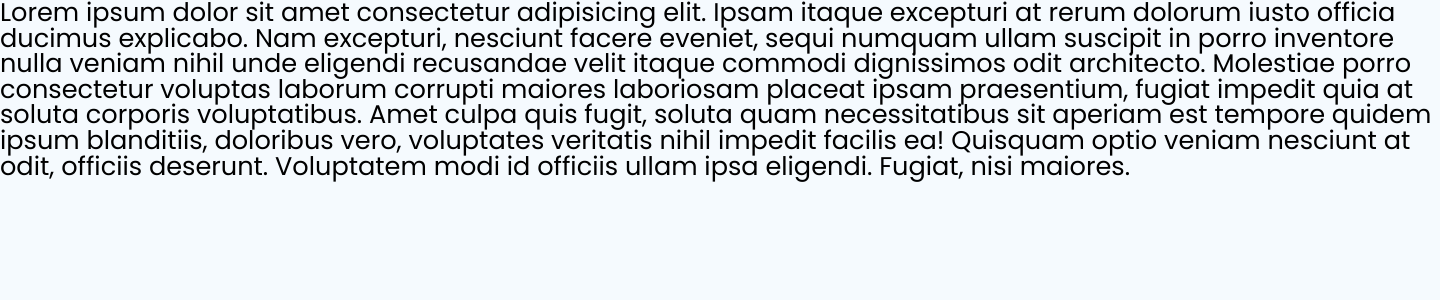
Repository: Tctiensk/f8-htmlcss-01
Page: index.html
An editor plug-in stored every save of this project. The page is shown before and after the next save, followed by the edit.
The browser window is 1280 px wide. The page is 1440 px wide, so the pictures cover 1440 px, including what lies to the right of the window. The pictures show the whole page.

Above is the page before, as saved 2022-11-29 01:12:18.

### index.html
<!DOCTYPE html>
<html lang="en">
    <head>
        <meta charset="UTF-8" />
        <meta http-equiv="X-UA-Compatible" content="IE=edge" />
        <meta name="viewport" content="width=device-width, initial-scale=1.0" />
        <title>F8 PROJECT 01</title>
        <link rel="stylesheet" href="./assets/css/reset.css" />
        <link rel="stylesheet" href="./assets/fonts/stylesheet.css" />
        <link rel="stylesheet" href="./assets/css/style.css" />
    </head>

    <body>
        <main>
            <!-- header -->
            <header class="header">
                <div class="content">
                    Lorem ipsum dolor sit amet consectetur adipisicing elit.
                    Ipsam itaque excepturi at rerum dolorum iusto officia
                    ducimus explicabo. Nam excepturi, nesciunt facere eveniet,
                    sequi numquam ullam suscipit in porro inventore nulla veniam
                    nihil unde eligendi recusandae velit itaque commodi
                    dignissimos odit architecto. Molestiae porro consectetur
                    voluptas laborum corrupti maiores laboriosam placeat ipsam
                    praesentium, fugiat impedit quia at soluta corporis
                    voluptatibus. Amet culpa quis fugit, soluta quam
                    necessitatibus sit aperiam est tempore quidem ipsum
                    blanditiis, doloribus vero, voluptates veritatis nihil
                    impedit facilis ea! Quisquam optio veniam nesciunt at odit,
                    officiis deserunt. Voluptatem modi id officiis ullam ipsa
                    eligendi. Fugiat, nisi maiores.
                </div>
            </header>
        </main>
    </body>
</html>

### assets/fonts/stylesheet.css
@font-face {
    font-family: "Poppins";
    src: url("Poppins/Poppins-BoldItalic.woff2") format("woff2"),
        url("Poppins/Poppins-BoldItalic.woff") format("woff");
    font-weight: bold;
    font-style: italic;
    font-display: swap;
}

@font-face {
    font-family: "Poppins";
    src: url("Poppins/Poppins-ExtraBold.woff2") format("woff2"),
        url("Poppins/Poppins-ExtraBold.woff") format("woff");
    font-weight: bold;
    font-style: normal;
    font-display: swap;
}

@font-face {
    font-family: "Poppins";
    src: url("Poppins/Poppins-BlackItalic.woff2") format("woff2"),
        url("Poppins/Poppins-BlackItalic.woff") format("woff");
    font-weight: 900;
    font-style: italic;
    font-display: swap;
}

@font-face {
    font-family: "Poppins";
    src: url("Poppins/Poppins-ExtraBoldItalic.woff2") format("woff2"),
        url("Poppins/Poppins-ExtraBoldItalic.woff") format("woff");
    font-weight: bold;
    font-style: italic;
    font-display: swap;
}

@font-face {
    font-family: "Poppins";
    src: url("Poppins/Poppins-Bold.woff2") format("woff2"),
        url("Poppins/Poppins-Bold.woff") format("woff");
    font-weight: bold;
    font-style: normal;
    font-display: swap;
}

@font-face {
    font-family: "Poppins";
    src: url("Poppins/Poppins-Black.woff2") format("woff2"),
        url("Poppins/Poppins-Black.woff") format("woff");
    font-weight: 900;
    font-style: normal;
    font-display: swap;
}

@font-face {
    font-family: "Poppins";
    src: url("Poppins/Poppins-LightItalic.woff2") format("woff2"),
        url("Poppins/Poppins-LightItalic.woff") format("woff");
    font-weight: 300;
    font-style: italic;
    font-display: swap;
}

@font-face {
    font-family: "Poppins";
    src: url("Poppins/Poppins-Medium.woff2") format("woff2"),
        url("Poppins/Poppins-Medium.woff") format("woff");
    font-weight: 500;
    font-style: normal;
    font-display: swap;
}

@font-face {
    font-family: "Poppins";
    src: url("Poppins/Poppins-ExtraLightItalic.woff2") format("woff2"),
        url("Poppins/Poppins-ExtraLightItalic.woff") format("woff");
    font-weight: 200;
    font-style: italic;
    font-display: swap;
}

@font-face {
    font-family: "Poppins";
    src: url("Poppins/Poppins-Italic.woff2") format("woff2"),
        url("Poppins/Poppins-Italic.woff") format("woff");
    font-weight: normal;
    font-style: italic;
    font-display: swap;
}

@font-face {
    font-family: "Poppins";
    src: url("Poppins/Poppins-Light.woff2") format("woff2"),
        url("Poppins/Poppins-Light.woff") format("woff");
    font-weight: 300;
    font-style: normal;
    font-display: swap;
}

@font-face {
    font-family: "Poppins";
    src: url("Poppins/Poppins-ExtraLight.woff2") format("woff2"),
        url("Poppins/Poppins-ExtraLight.woff") format("woff");
    font-weight: 200;
    font-style: normal;
    font-display: swap;
}

@font-face {
    font-family: "Poppins";
    src: url("Poppins/Poppins-SemiBoldItalic.woff2") format("woff2"),
        url("Poppins/Poppins-SemiBoldItalic.woff") format("woff");
    font-weight: 600;
    font-style: italic;
    font-display: swap;
}

@font-face {
    font-family: "Poppins";
    src: url("Poppins/Poppins-Regular.woff2") format("woff2"),
        url("Poppins/Poppins-Regular.woff") format("woff");
    font-weight: normal;
    font-style: normal;
    font-display: swap;
}

@font-face {
    font-family: "Poppins";
    src: url("Poppins/Poppins-ThinItalic.woff2") format("woff2"),
        url("Poppins/Poppins-ThinItalic.woff") format("woff");
    font-weight: 100;
    font-style: italic;
    font-display: swap;
}
@font-face {
    font-family: "Poppins";
    src: url("Poppins/Poppins-MediumItalic.woff2") format("woff2"),
        url("Poppins/Poppins-MediumItalic.woff") format("woff");
    font-weight: 500;
    font-style: italic;
    font-display: swap;
}

@font-face {
    font-family: "Poppins";
    src: url("Poppins/Poppins-SemiBold.woff2") format("woff2"),
        url("Poppins/Poppins-SemiBold.woff") format("woff");
    font-weight: 600;
    font-style: normal;
    font-display: swap;
}

@font-face {
    font-family: "Poppins";
    src: url("Poppins/Poppins-Thin.woff2") format("woff2"),
        url("Poppins/Poppins-Thin.woff") format("woff");
    font-weight: 100;
    font-style: normal;
    font-display: swap;
}

### assets/css/style.css
* {
    box-sizing: border-box;
}

html {
    font-size: 62, 5%;
}
body {
    font-size: 1.6rem;
    font-family: "Poppins";
}
/* header */
.header {
    width: 1440px;
    height: 100vh;
    background-color: #f5fafe;
}

Loaded but not shown: assets/css/reset.css (common file)

After the next save:
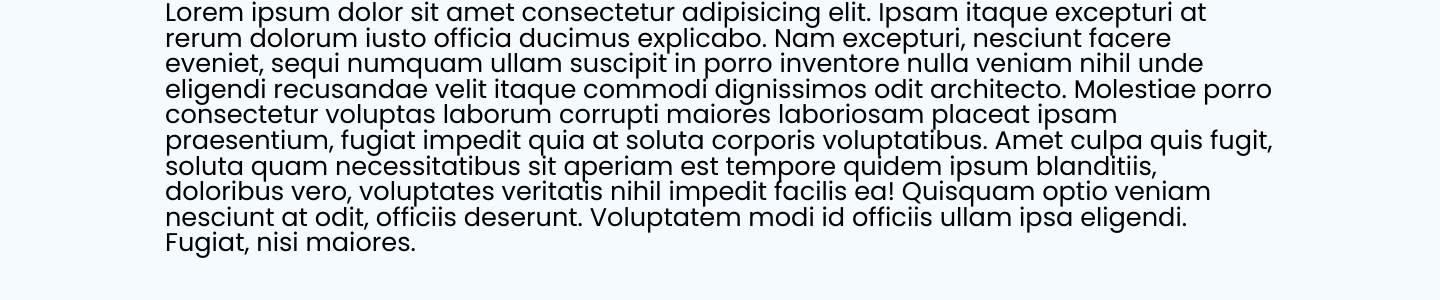
Saved 94 s later.
--- a/assets/css/style.css
+++ b/assets/css/style.css
@@ -9,6 +9,12 @@
     font-size: 1.6rem;
     font-family: "Poppins";
 }
+/* common */
+.content {
+    width: 1110px;
+    margin-left: auto;
+    margin-right: auto;
+}
 /* header */
 .header {
     width: 1440px;
